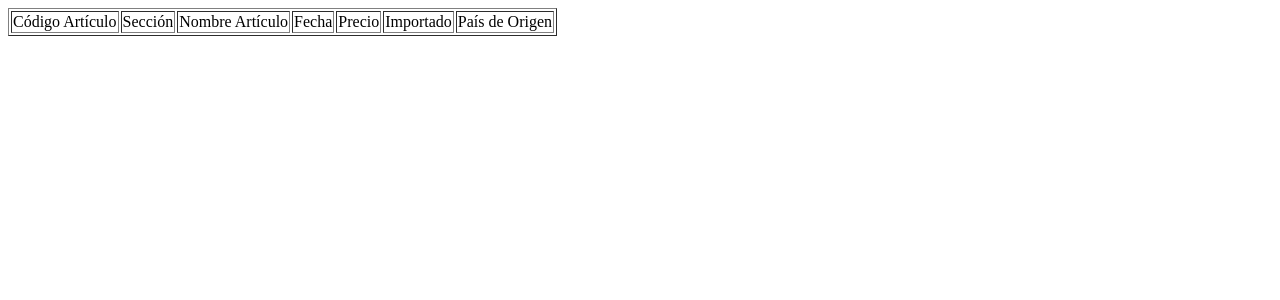
Repository: FernandoJFernandez/Curso-java-2022
Page: http://localhost/Web_de_Productos/ControladorProductos
These files come from the project's save history. The page is drawn as it stood at one moment and after the next save; the edit follows.
The browser window is 1280 px wide. The pictures show the whole page.
The page is served by Tomcat 9. Other server files are loaded and not shown. Queries for data that is not in the repository find no rows.

Above is the page before, as saved 2023-04-24 22:36:46.

### Web_de_Productos/src/main/webapp/ListaProductos.jsp
<%@ page language="java" contentType="text/html; charset=UTF-8"
    pageEncoding="UTF-8"%>
<%@ page import="java.util.*, com.pildorasinformaticas.productos.*" %>

<!DOCTYPE html>
<html>
<head>
	<meta charset="UTF-8">
	<title>Lista Productos</title>
</head>
	<%
		//Obtiene los productos del controlador (Servlet)
		List<Productos> losProductos = (List<Productos>) request.getAttribute("LISTAPRODUCTOS");
	%>
<body>
	<table border="1">
		<tr>
			<td>Código Artículo
			</td><td>Sección</td>
			<td>Nombre Artículo</td>
			<td>Fecha</td>
			<td>Precio</td>
			<td>Importado</td>
			<td>País de Origen</td>
		</tr>

		<% for(Productos tempProd : losProductos){ %>
			<tr>
				<td><%= tempProd.getcArt() %></td>
				<td><%= tempProd.getSeccion() %></td>
				<td><%= tempProd.getnArt() %></td>
				<td><%= tempProd.getFecha() %></td>
				<td><%= tempProd.getPrecio() %></td>
				<td><%= tempProd.getImportado() %></td>
				<td><%= tempProd.getpOrig() %></td>
			</tr>
		<% } %>
	</table>
</body>
</html>

### Web_de_Productos/src/main/java/com/pildorasinformaticas/productos/ControladorProductos.java
package com.pildorasinformaticas.productos;

import java.io.IOException;
import java.util.List;

import javax.annotation.Resource;
import javax.servlet.RequestDispatcher;
import javax.servlet.ServletException;
import javax.servlet.annotation.WebServlet;
import javax.servlet.http.HttpServlet;
import javax.servlet.http.HttpServletRequest;
import javax.servlet.http.HttpServletResponse;
import javax.sql.DataSource;

/**
 * Servlet implementation class ControladorProductos
 */
@WebServlet("/ControladorProductos")
public class ControladorProductos extends HttpServlet {
	private static final long serialVersionUID = 1L;

	private ModeloProductos modeloProductos;

	//Definir o establecer el datasource
	@Resource (name="jdbc/productos")
	private DataSource miPool;

	@Override
	public void init() throws ServletException {
		// TODO Auto-generated method stub
		super.init();

		try {
			modeloProductos = new ModeloProductos(miPool);
		}catch(Exception e) {
			throw new ServletException(e);
		}
	}

	/**
	 * @see HttpServlet#doGet(HttpServletRequest request, HttpServletResponse response)
	 */
	protected void doGet(HttpServletRequest request, HttpServletResponse response) throws ServletException, IOException {
		// TODO Auto-generated method stub
		//response.getWriter().append("Served at: ").append(request.getContextPath());

		//Obtener la lista de productos desde el modelo
		List<Productos> productos;

		try {
			productos = modeloProductos.getProductos();

		//Agregar lista de productos al request
		request.setAttribute("LISTAPRODUCTOS", productos);

		//Enviar ese request a la página JSP
		RequestDispatcher miDispatcher = request.getRequestDispatcher("/ListaProductos.jsp");
		miDispatcher.forward(request, response);

		}catch(Exception e) {
			e.printStackTrace();
		}
	}
}

After the next save:
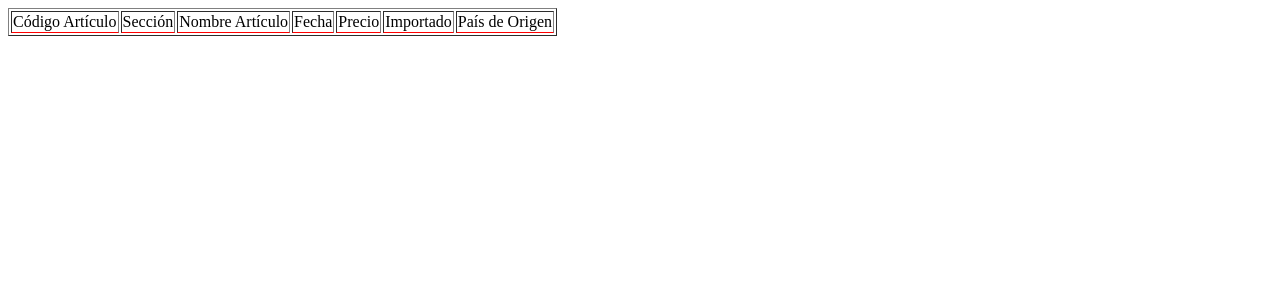
Saved 3 min 27 s later.
--- a/Web_de_Productos/src/main/webapp/ListaProductos.jsp
+++ b/Web_de_Productos/src/main/webapp/ListaProductos.jsp
@@ -7,6 +7,11 @@
 <head>
 	<meta charset="UTF-8">
 	<title>Lista Productos</title>
+	<style type="text/css">
+		.cabecera{
+			border-bottom: solid #F00 1px;
+		}
+	</style>
 </head>
 	<%
 		//Obtiene los productos del controlador (Servlet)
@@ -15,13 +20,13 @@
 <body>
 	<table border="1">
 		<tr>
-			<td>Código Artículo
-			</td><td>Sección</td>
-			<td>Nombre Artículo</td>
-			<td>Fecha</td>
-			<td>Precio</td>
-			<td>Importado</td>
-			<td>País de Origen</td>
+			<td class="cabecera">Código Artículo</td>
+			<td class="cabecera">Sección</td>
+			<td class="cabecera">Nombre Artículo</td>
+			<td class="cabecera">Fecha</td>
+			<td class="cabecera">Precio</td>
+			<td class="cabecera">Importado</td>
+			<td class="cabecera">País de Origen</td>
 		</tr>
 
 		<% for(Productos tempProd : losProductos){ %>
